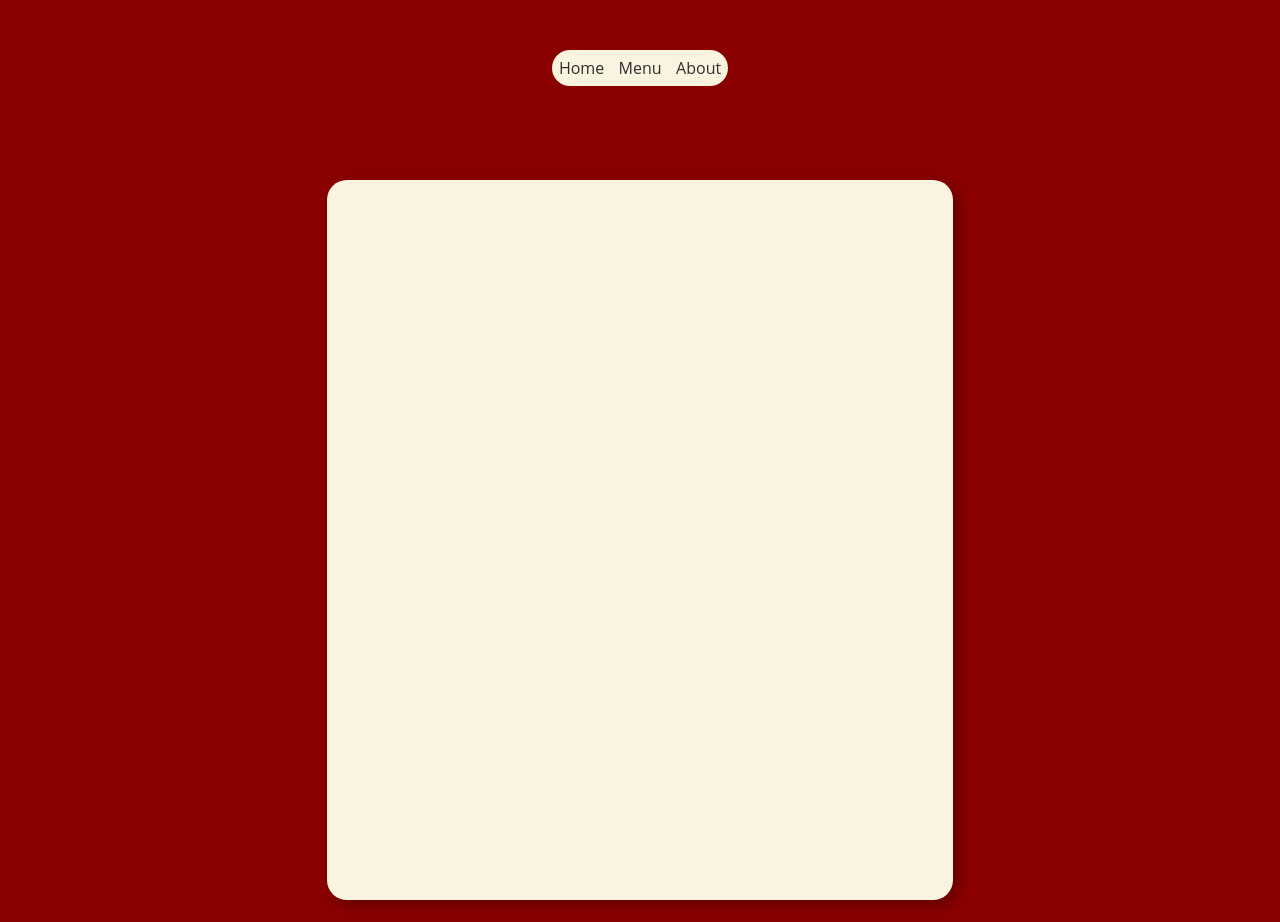
Repository: Dimitris2031/Restaurant-Front-page
Page: / (app in webpack-practice/)
An editor plug-in stored every save of this project. The page is shown before and after a run of saves, followed by the edit.
The browser window is 1280 px wide. The pictures show the whole page.
The project was rebuilt for these pictures with package versions that can differ from the ones it lists, and the page was loaded fresh each time. Also part of the build but not shown: webpack-practice/webpack.config.js.

Above is the page before, as saved 2025-09-10 10:45:48.

### webpack-practice/src/template.html
<!DOCTYPE html>
<html lang="en">
<head>
  <meta charset="UTF-8">
  <title>Webpack Practice</title>
</head>
<body>
  <header>
    <div class="nav-container">
        <nav>Home</nav>
        <nav>Menu</nav>
        <nav>About</nav>
    </div>
  </header>
  <div id="content"></div>
</body>
</html>

### webpack-practice/src/index.js
// src/index.js
import "./styles.css";
// import odinImage from "./odin.png";
import { greeting } from "./greeting.js";
const image = document.createElement("img");
// image.src = odinImage;

// document.body.appendChild(image);

console.log(greeting);

### webpack-practice/src/styles.css
*{
  margin: 1vh;
  padding: 0;

}

/* styles.css */
body {
  background-color: #8B0000;
  display: flex;
  flex-direction: column;
  align-items: center;
  gap: 10vh;
  font-family: "Open Sans", sans-serif;
}

header{
  display:flex;
  justify-content:center;
  align-items:end;
  gap: 5%;
  width: 100%;
  height: 10vh;
}

.nav-container{
  display:flex;
  justify-content:space-around;
  align-items:center;
  height: 50%;
  background-color: #FAF3E0;
  border-radius: 20px;
}

nav{
  color: #2F2F2F;
}

#content{
  height: 100vh;
  background-color: #FAF3E0;
  width: 50%;
  border-radius: 20px;
  box-shadow: 5px 5px 15px rgba(0, 0, 0, 0.3);
}

### webpack-practice/src/greeting.js
// greeting.js


function home(){

}

function menu(){

}

function contact(){

}

After the next 2 saves:
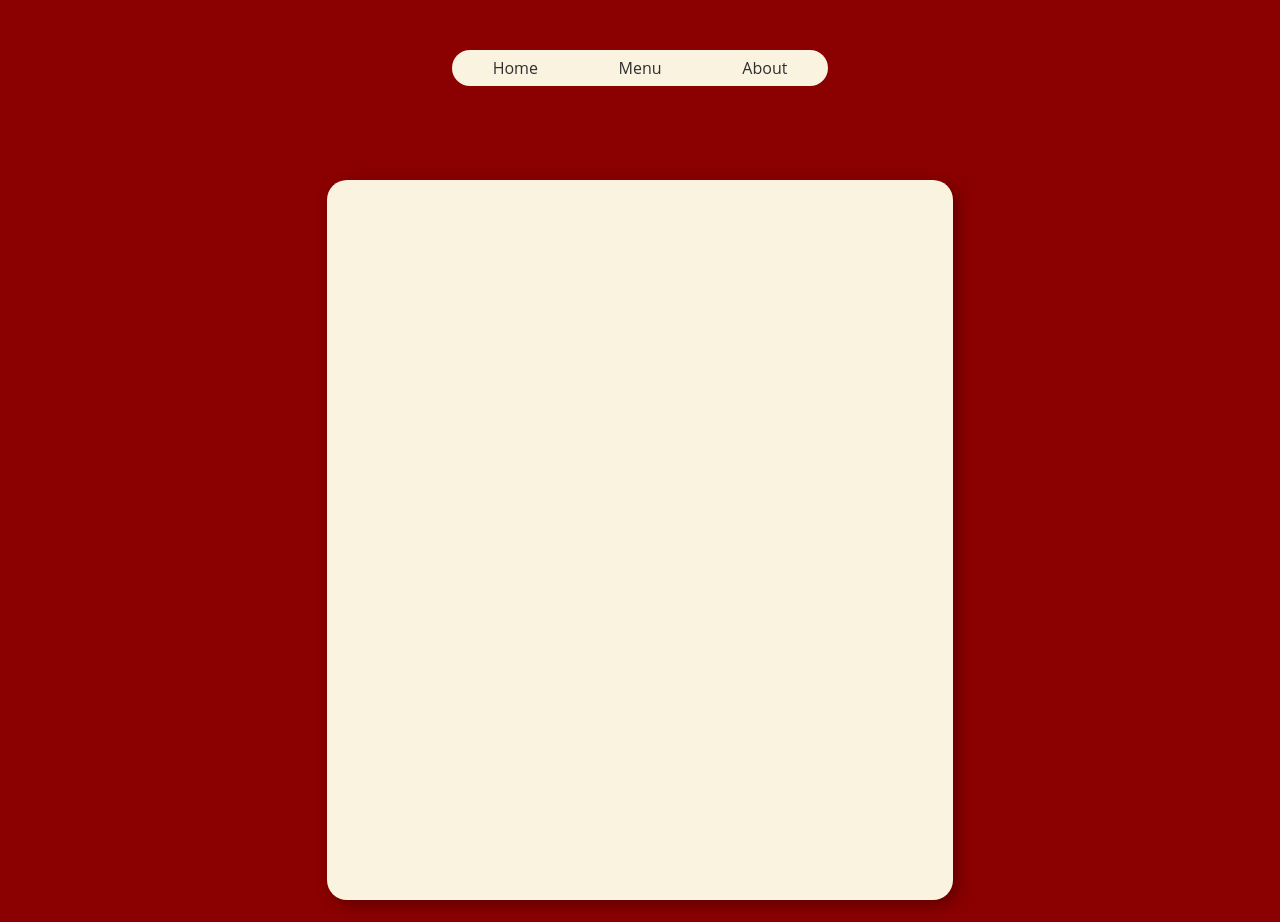
The 2 saves are shown as one change because they came seconds apart.
The last was saved 23 s later.
--- a/webpack-practice/src/styles.css
+++ b/webpack-practice/src/styles.css
@@ -30,6 +30,7 @@ header{
   height: 50%;
   background-color: #FAF3E0;
   border-radius: 20px;
+  width: 30%;
 }
 
 nav{
